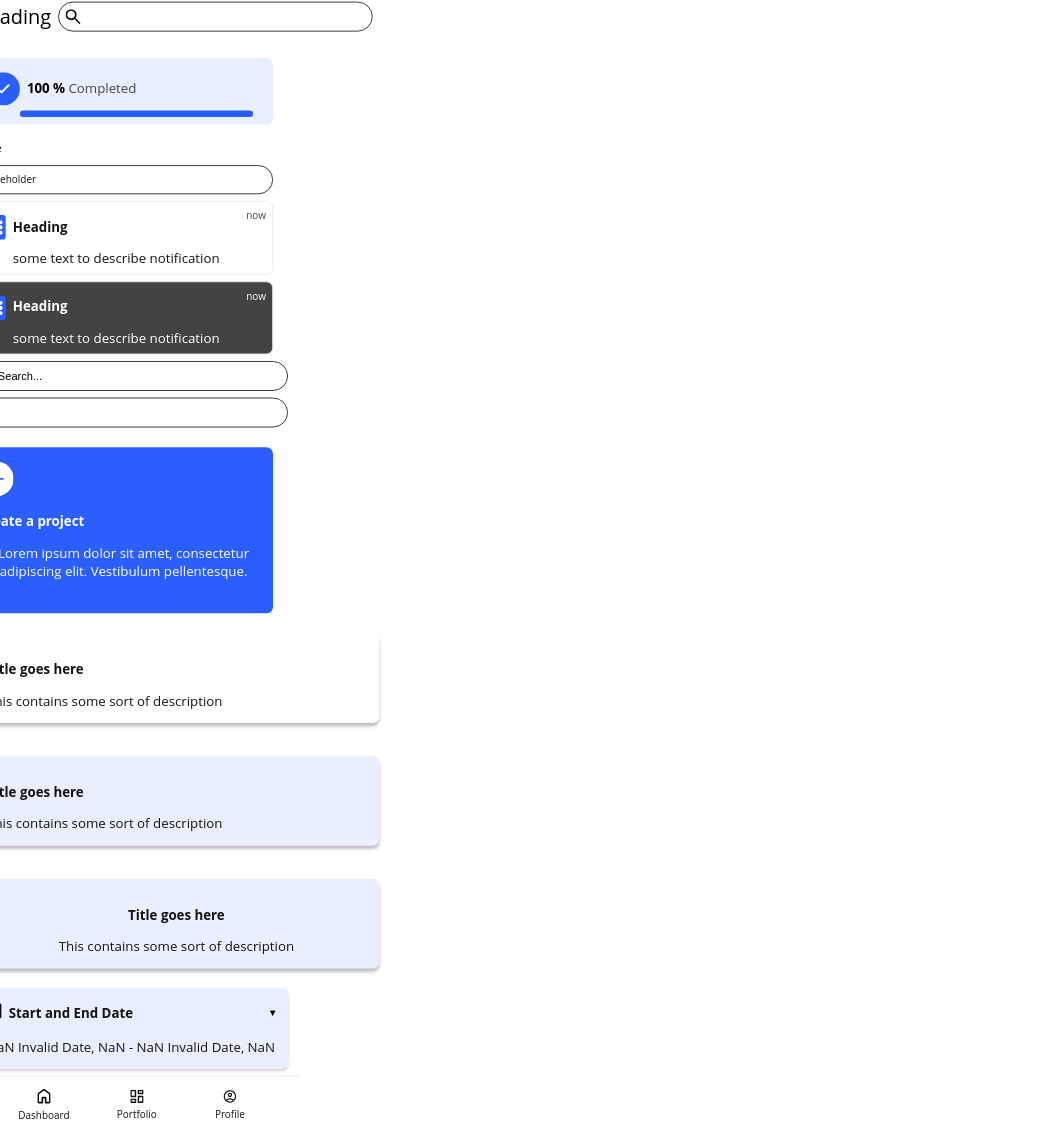
Repository: brunaguarizo/mosaic_app
Page: /
The author's editor kept a copy of each file at every save. The page is drawn from the files as they stood at one save, then again after the next save.
The browser window is 1280 px wide. The pictures show the whole page, at 83% of full size.
The project was rebuilt for these pictures with package versions that can differ from the ones it lists, and the page was loaded fresh each time. The framework's server and built-in components were replaced by stand-ins that run in the browser. Also part of the build but not shown: next.config.mjs, app/_ui/Button/Button.js, app/_ui/Tag/Tag.js, app/_ui/Project_card/Project_card.js, app/_ui/Date_PopUp/Date_PopUp.module.css, app/_ui/Date_PopUp/Date_PopUp.js.

Above is the page before, as saved 2025-04-18 20:36:25.

After the next save:
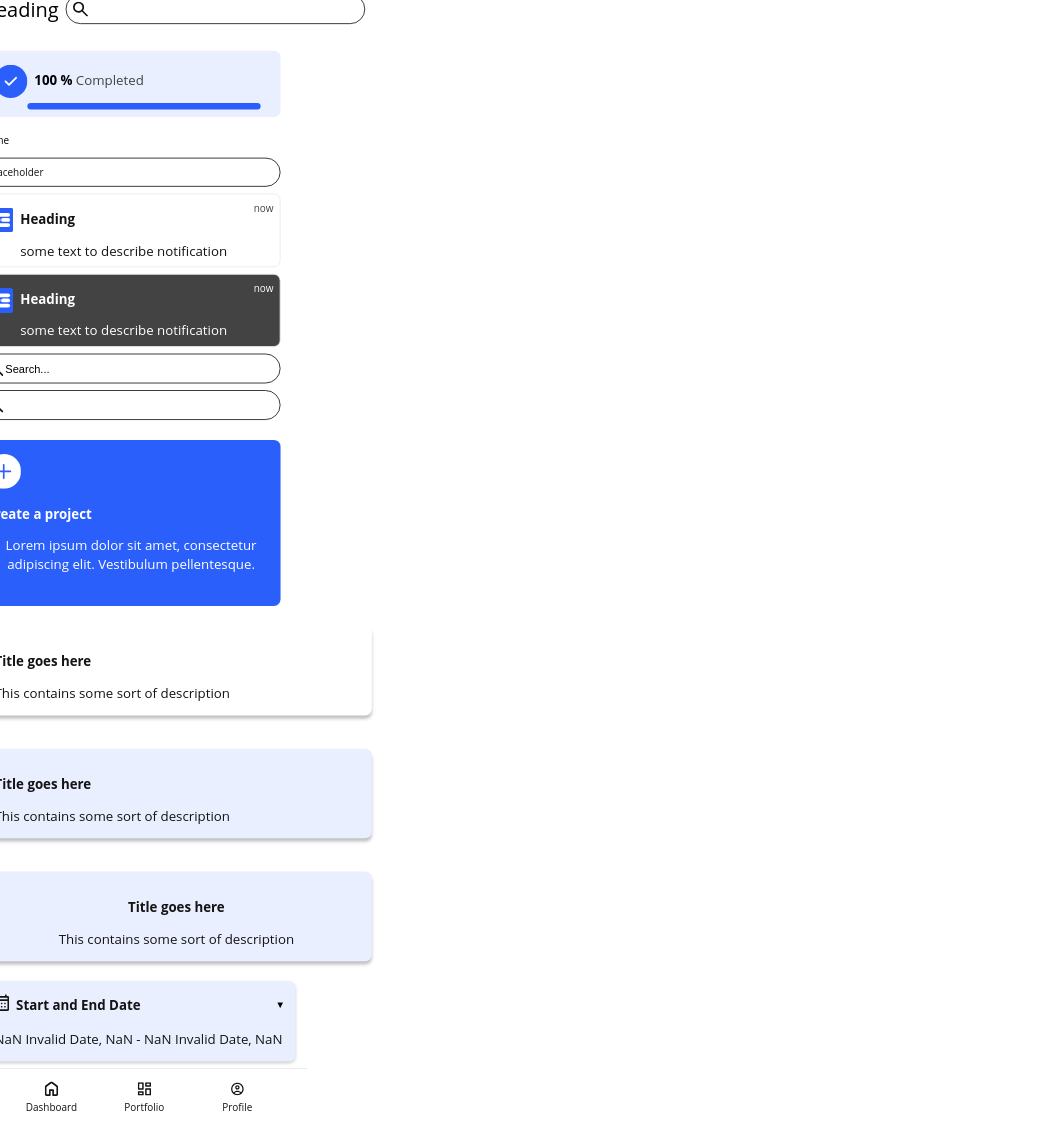
Saved 12 s later.
--- a/app/_ui/Search_Bar/Search_Bar.module.css
+++ b/app/_ui/Search_Bar/Search_Bar.module.css
@@ -1,7 +1,7 @@
 .primary {
     border: 1px solid var(--black);
     padding: var(--space-small);
-    box-sizing: content-box;
+
     display: flex;
     flex-direction: row;
     border-radius: var(--border-radius-large);
